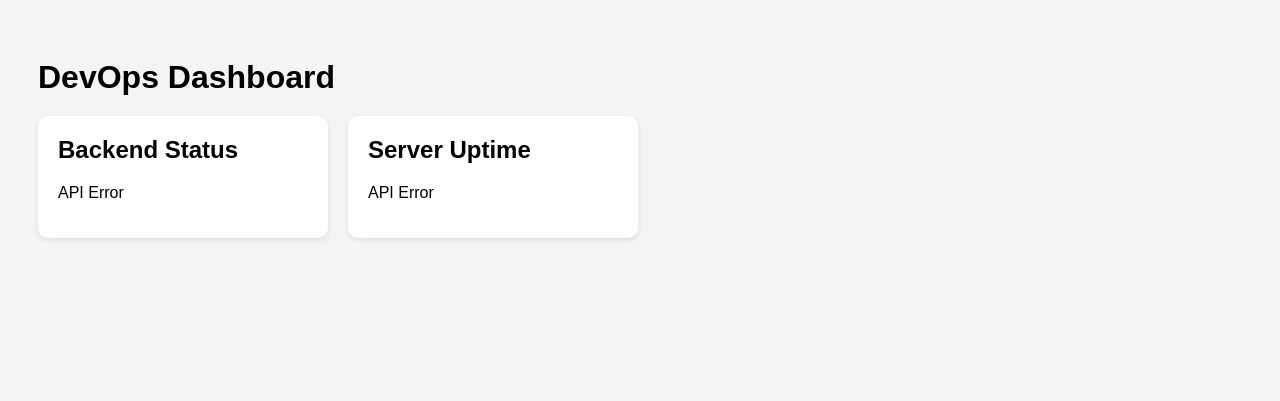
Repository: manoj-991/devops-dashboard
Page: frontend/index.html
An editor plug-in stored every save of this project. The page is shown before and after a run of saves, followed by the edit.
The browser window is 1280 px wide. The pictures show the whole page.
The page's requests for data from a server got no answer.

Above is the page before, as saved 2026-05-23 00:08:01.

After the next 2 saves:
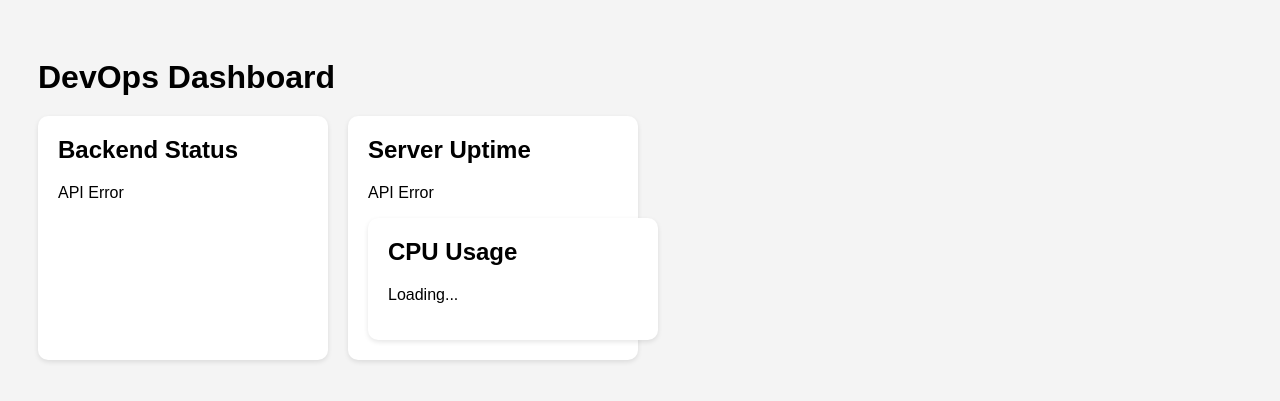
The 2 saves are shown as one change because they came seconds apart.
The last was saved 9 min 6 s later.
--- a/frontend/index.html
+++ b/frontend/index.html
@@ -28,6 +28,13 @@
             <h2>Server Uptime</h2>
 
             <p id="uptime-result">Loading...</p>
+            <div class="card">
+
+                <h2>CPU Usage</h2>
+
+                <p id="cpu-result">Loading...</p>
+
+            </div>
 
         </div>
 
